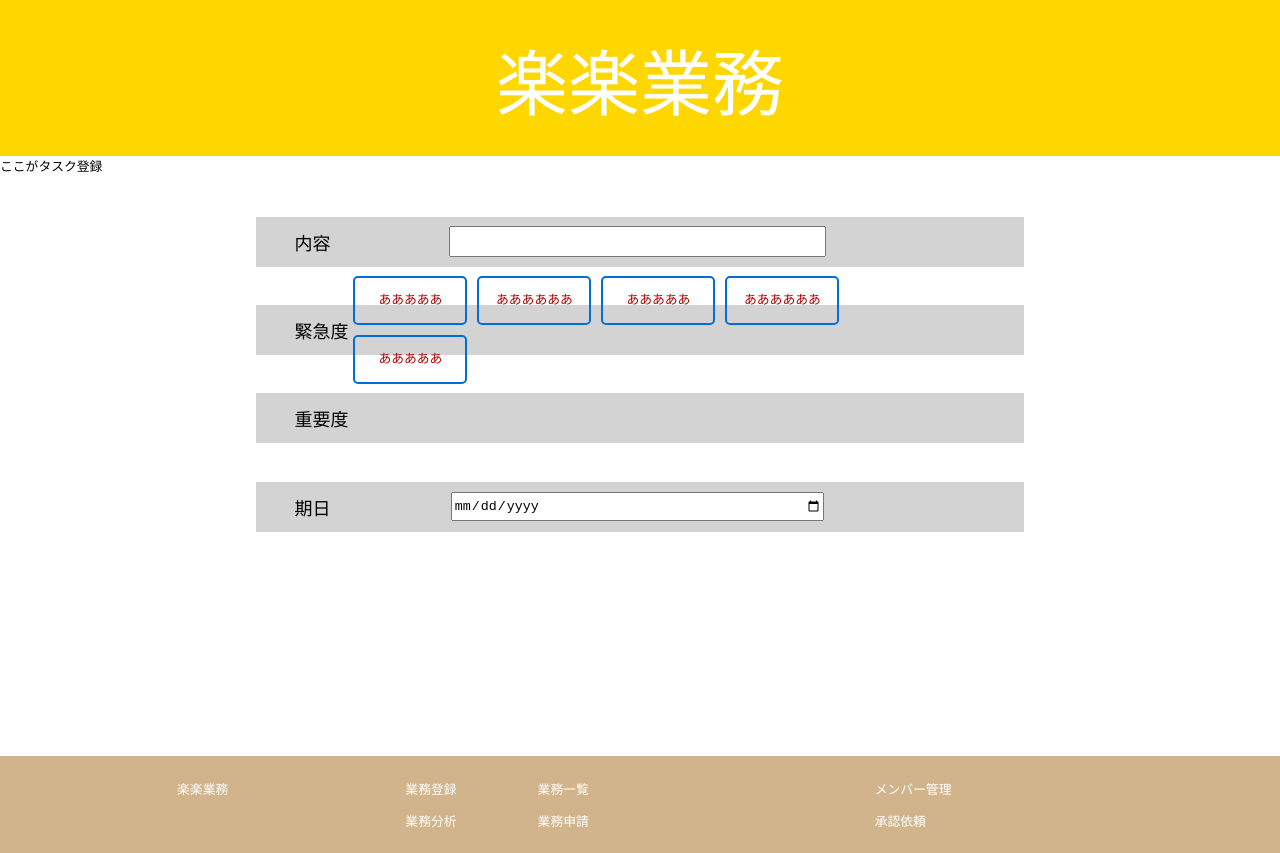
Repository: Reiya-1003/VueReplaceTask
Page: /#/register
These files come from the project's save history. The page is drawn as it stood at one moment and after the next save; the edit follows.
The browser window is 1280 px wide. The pictures show the whole page.
The pointer rests on the first visible `label`.
The project was rebuilt for these pictures with package versions that can differ from the ones it lists, and the page was loaded fresh each time. Also part of the build but not shown: vue.config.js, src/components/pages/PageHome.vue.

Above is the page before, as saved 2022-06-16 16:10:21.

### public/index.html
<!DOCTYPE html>
<html lang="">
  <head>
    <meta charset="utf-8">
    <meta http-equiv="X-UA-Compatible" content="IE=edge">
    <meta name="viewport" content="width=device-width,initial-scale=1.0">
    <link rel="icon" href="<%= BASE_URL %>favicon.ico">
    <link rel="stylesheet" href="style.css">
    <title><%= htmlWebpackPlugin.options.title %></title>
  </head>
  <body>
    <noscript>
      <strong>We're sorry but <%= htmlWebpackPlugin.options.title %> doesn't work properly without JavaScript enabled. Please enable it to continue.</strong>
    </noscript>
    <div id="app"></div>
    <!-- built files will be auto injected -->
  </body>
</html>

### src/main.js
import Vue from 'vue'
import App from './App.vue'
import router from './roter'

Vue.config.productionTip = false


new Vue({
  router,
  render: h => h(App),
}).$mount('#app')

### src/App.vue
<template>
  <div>
      <PageHeader />

        <!-- <PageHome /> -->
        <router-view />

      <PageFooter />
  </div>
</template>

<script>
import PageHeader from "./components/modules/PageHeader";
import PageFooter from "./components/modules/PageFooter";


export default {
  name: 'App',
  components: {
    PageHeader,
    PageFooter,


  },

}
</script>

<style>

</style>

### src/roter.js
import Vue from 'vue'
import VueRouter from 'vue-router'
import Home from '@/components/pages/PageHome.vue'
import Register from '@/components/pages/PageRegister.vue'




Vue.use(VueRouter)

export default new VueRouter({
  // デフォルトの挙動では URL に `#` が含まれる.
  // URL から hash を取り除くには `mode:history` を指定する
  // mode: 'history',
  base: __dirname,

  routes: [
    {
      path: '/',
      name: 'home',
      component: Home
    },
    {
      path: '/register',
      name: 'register',
      component: Register
    },



  ]

})

### src/components/modules/PageHeader.vue
<template>
  <header id="headerblock">

    <h1 id="title" ><router-link to="/" >楽楽業務</router-link></h1>


  </header>
</template>

<script>
export default {
  name: 'PageHeader',

}
</script>


<style lang="scss" type="text/css">
  #headerblock{
    height: 10%;
    width: 100%;
    background-color: #ffd700;
    h1{
      margin: 0;
      text-align: center;
      padding: 2%;
      color: white;
      font-size: 10vh;
      font-weight: normal;
      a{
      cursor: pointer;
      color: inherit;
      text-decoration: none;
    }
    }


  }
</style>

### src/components/modules/PageFooter.vue
<template>
  <div id="footblock">

    <div class="flexitem1">
      <p><router-link to="/" >楽楽業務</router-link></p>
    </div>
    <div class="flexitem2">
      <div>
        <!-- roter-linkになると思う -->
        <p><router-link to="/register">業務登録</router-link></p>
        <p>業務分析</p>
      </div>
      <div class="item">
        <p>業務一覧</p>
        <p>業務申請</p>
      </div>
    </div>
    <div class="flexitem3">
      <p>メンバー管理</p>
      <p>承認依頼</p>
    </div>


  </div>
</template>

<script>
export default {
  name: 'PageFooter',

}
</script>


<style lang="scss" type="text/css">
  #footblock{
    background-color: #d2b48c;
    color: white;
    display: flex;
    justify-content: space-around;

    .flexitem1{
      width: 100%;
      text-align: center;
      padding-top: 10px;
      padding-bottom: 10px;
      a{
      cursor: pointer;
      color: inherit;
      text-decoration: none;
      }
    }
    .flexitem2{
      width: 100%;
      display: flex;
      padding-top: 10px;
      padding-bottom: 10px;
      justify-content: flex-start;
      a{
      cursor: pointer;
      color: inherit;
      text-decoration: none;
      }
      .item{
        padding-left: 20%;
      }
    }
    .flexitem3{
      padding-top: 10px;
      padding-bottom: 10px;
      padding-left: 5%;
      width: 100%;
      a{
      cursor: pointer;
      color: inherit;
      text-decoration: none;
      }
    }
  }
</style>

### src/components/pages/PageRegister.vue
<template>
  <div style="height: 600px">
    <div>ここがタスク登録</div>

    <div class="listbox">
      <div class="listitem">
        <span class="itemtitle">内容</span
        ><span class="item"><input type="text" class="textinput" /></span>
      </div>
      <div class="listitem">
        <span class="itemtitle">緊急度</span>
        <span class="item">
          <input type="radio" name="Urgency" class="radioinput" /><label
            for="select1"
            >あああああ</label
          >
          <input type="radio" name="Urgency" class="radioinput" /><label
            for="select2"
            >ああああああ</label
          >
          <input type="radio" name="Urgency" class="radioinput" /><label
            for="select3"
            >あああああ</label
          >
          <input type="radio" name="Urgency" class="radioinput" /><label
            for="select4"
            >ああああああ</label
          >
          <input type="radio" name="Urgency" class="radioinput" /><label
            for="select5"
            >あああああ</label
          >
        </span>
      </div>
      <div class="listitem">
        <span class="itemtitle">重要度</span
        ><span class="item"
          ><input type="radio" /><input type="radio" /><input
            type="radio" /><input type="radio" /><input type="radio"
        /></span>
      </div>
      <div class="listitem">
        <span class="itemtitle">期日</span
        ><span class="item"><input type="date" class="dateinput" /></span>
      </div>
    </div>
  </div>
</template>

<script>
export default {
  name: "PageRegister",
};
</script>

<style lang="scss" type="text/css">
.listbox {
  margin: 3px auto;
  height: 400px;
  width: 60%;
  display: flex;
  flex-direction: column;

  .listitem {
    height: 50px;
    display: flex;
    align-items: center;
    margin-top: 5%;
    background-color: lightgray;
    text-align: center;
    .itemtitle {
      margin-left: 5%;
      font-size: large;
    }
    .item {
      width: 80%;
      .textinput {
        width: 60%;
        height: 25px;
      }
      .dateinput {
        width: 60%;
        height: 25px;
      }
      input[type=radio] {
display: none; /* ラジオボタンを非表示にする */

}
input[type="radio"]:checked + label {
background: #31A9EE;/* マウス選択時の背景色を指定する */
color: #ffffff; /* マウス選択時のフォント色を指定する */
}
label {
display: block; /* ブロックレベル要素化する */
float: left; /* 要素の左寄せ・回り込を指定する */
margin: 5px; /* ボックス外側の余白を指定する */
width: 100px; /* ボックスの横幅を指定する */
height: 45px; /* ボックスの高さを指定する */
padding-left: 5px; /* ボックス内左側の余白を指定する */
padding-right: 5px; /* ボックス内御右側の余白を指定する */
color: #b20000; /* フォントの色を指定 */
text-align: center; /* テキストのセンタリングを指定する */
line-height: 45px; /* 行の高さを指定する */
cursor: pointer; /* マウスカーソルの形（リンクカーソル）を指定する */
border: 2px solid #006DD9;/* ボックスの境界線を実線で指定する */
border-radius: 5px; /* 角丸を指定する */
}




    }
  }
}
</style>

### public/style.css
body{
  margin: 0;
  font-size: 1vmax;
}

After the next save:
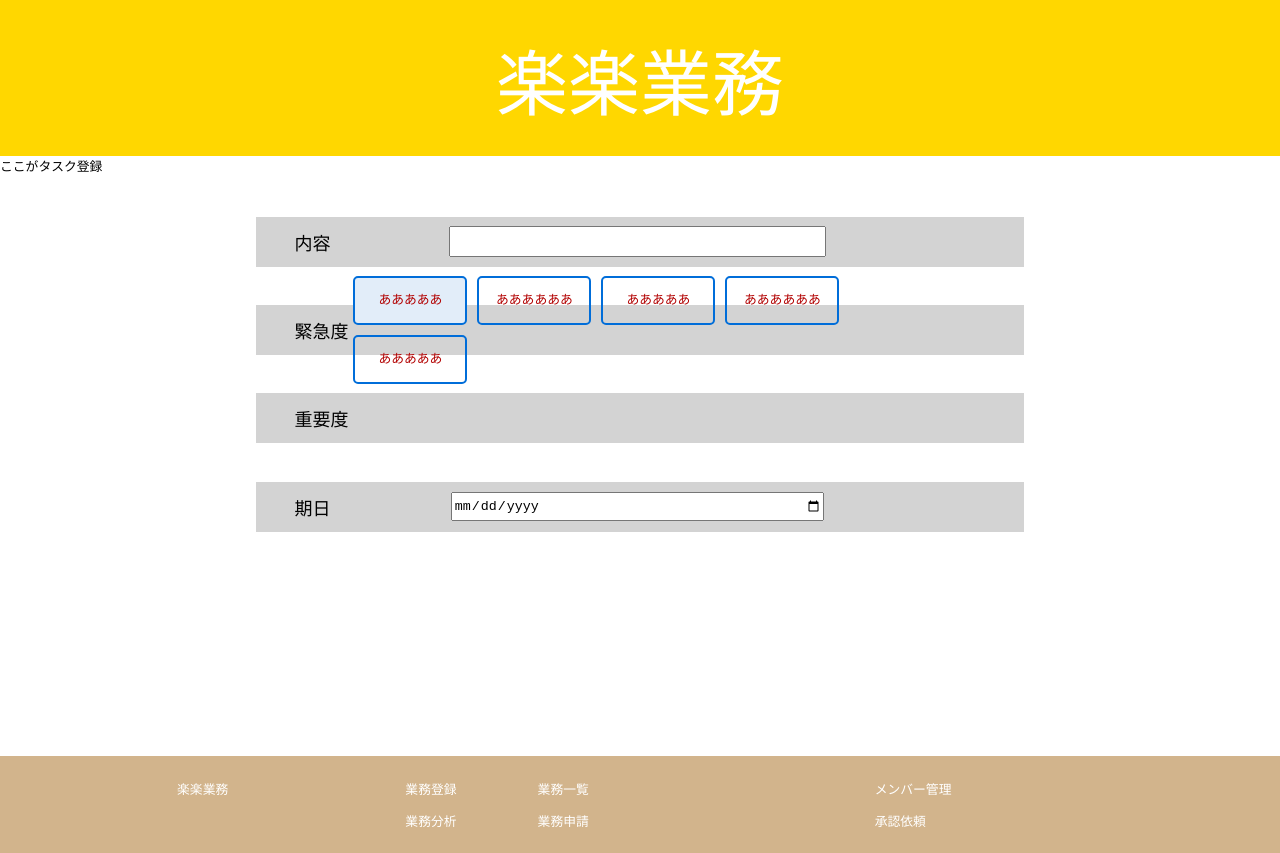
Saved 31 s later.
--- a/src/components/pages/PageRegister.vue
+++ b/src/components/pages/PageRegister.vue
@@ -90,6 +90,9 @@ input[type="radio"]:checked + label {
 background: #31A9EE;/* マウス選択時の背景色を指定する */
 color: #ffffff; /* マウス選択時のフォント色を指定する */
 }
+label:hover {
+background-color: #E2EDF9; /* マウスオーバー時の背景色を指定する */
+}
 label {
 display: block; /* ブロックレベル要素化する */
 float: left; /* 要素の左寄せ・回り込を指定する */
